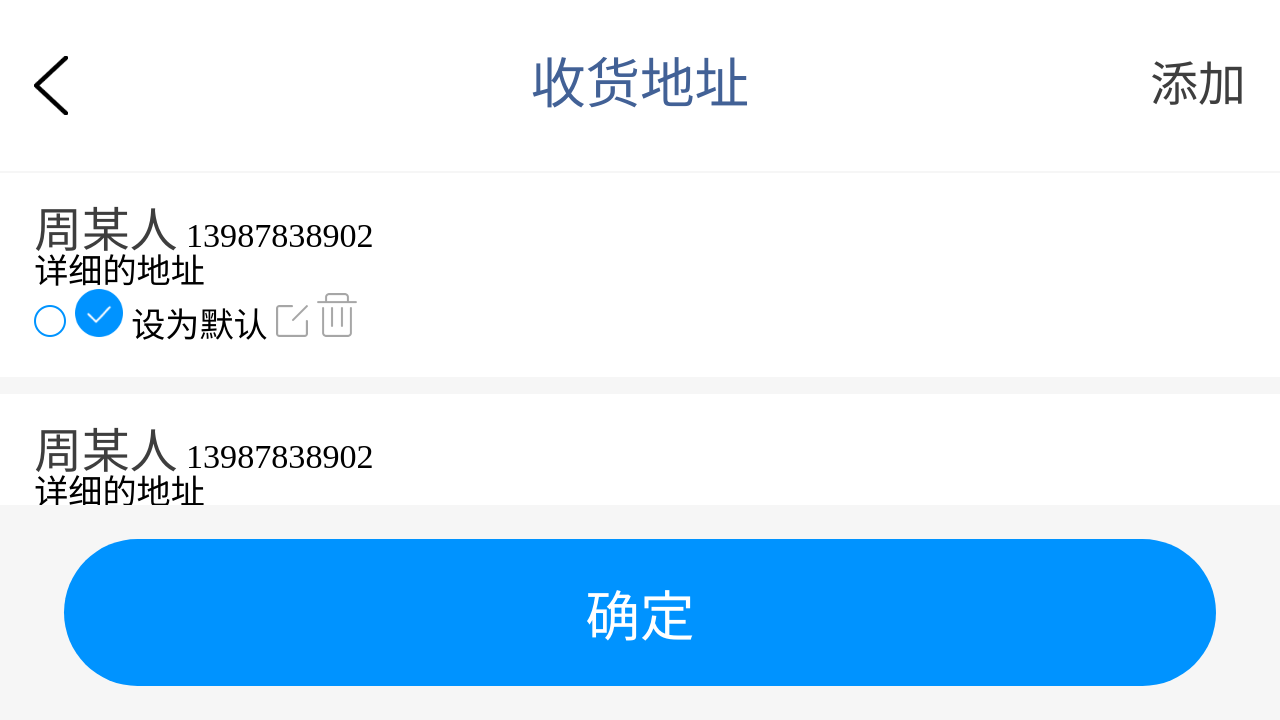
Repository: 421538074/sell
Page: consumer/address-list.html
The author's editor kept a copy of each file at every save. The page is drawn from the files as they stood at one save, then again after the next save.
The browser window is 1280 px wide. The pictures show the whole page.
An inner scrolling area shows only its first screen.

Above is the page before, as saved 2019-06-03 17:07:31.

### consumer/address-list.html
<!DOCTYPE html>
<html lang="en">

<head>
    <meta charset="UTF-8">
    <meta name="viewport" content="width=device-width, initial-scale=1.0">
    <meta http-equiv="X-UA-Compatible" content="ie=edge">
    <title>收货地址</title>
    <link rel="stylesheet" href="../css/base.css">
    <link rel="stylesheet" href="css/common.css">
    <link rel="stylesheet" href="css/address-list.css">
</head>

<body>
    <div id="app" class="content">
        <nav class="nav-bar-wrapper">
            <img @click="back" src="../img/back.png" class="back-icon">
            <p class="nav-bar-title">收货地址</p>
            <p @click="linkTo('manage-address.html?type=add')" class="management">添加</p>
        </nav>
        <ul class="address-wrapper">
            <li v-for="n in 7" class="address-item">
                <p class="user-info-wrapper">
                    <span class="username">周某人</span>
                    <span class="phone">13987838902</span>
                </p>
                <p class="detail-address">
                    详细的地址
                </p>
                <p class="set-default-wrapper">
                    <span class="set-operation">
                        <img src="../img/按钮1.png" class="set-default-icon">
                        <img src="../img/checked.png" class="set-default-icon">
                        <i class="set-default-title">设为默认</i>
                    </span>
                    <span class="operation-group">
                        <img src="../img/edit.png" class="edit-delete-icon">
                        <img src="../img/delete.png" class="edit-delete-icon">
                    </span>
                </p>
            </li>
        </ul>
        <div class="confirm-wrapper">
            <button class="confirm-add">
                确定
            </button>
        </div>
    </div>
    <script src="../js/api.js"></script>
    <script src="../js/jquery.min.js"></script>
    <script src="../js/vue.js"></script>
    <script src="js/vue-mixin.js"></script>
    <script src="js/address-list.js"></script>
</body>

</html>

### css/base.css
/* http://meyerweb.com/eric/tools/css/reset/
   v2.0 | 20110126
   License: none (public domain)
*/

html,
body,
div,
span,
applet,
object,
iframe,
h1,
h2,
h3,
h4,
h5,
h6,
p,
blockquote,
pre,
a,
abbr,
acronym,
address,
big,
cite,
code,
del,
dfn,
em,
img,
ins,
kbd,
q,
s,
samp,
small,
strike,
strong,
sub,
sup,
tt,
var,
b,
u,
i,
center,
dl,
dt,
dd,
ol,
ul,
li,
fieldset,
form,
label,
legend,
table,
caption,
tbody,
tfoot,
thead,
tr,
th,
td,
article,
aside,
canvas,
details,
embed,
figure,
figcaption,
footer,
header,
hgroup,
menu,
nav,
output,
ruby,
section,
summary,
time,
mark,
audio,
video {
    margin: 0;
    padding: 0;
    border: 0;
    font-size: 100%;
    font: inherit;
    vertical-align: baseline;
}

/* HTML5 display-role reset for older browsers */
article,
aside,
details,
figcaption,
figure,
footer,
header,
hgroup,
menu,
nav,
section {
    display: block;
}

body {
    line-height: 1;
}

ol,
ul {
    list-style: none;
}

blockquote,
q {
    quotes: none;
}

blockquote:before,
blockquote:after,
q:before,
q:after {
    content: '';
    content: none;
}

table {
    border-collapse: collapse;
    border-spacing: 0;
}


body,
html {
    font-size: calc(100vw / 37.5) !important;
    font-family: PingFangSC-Medium;
    background: #F2F2F2;
}


[v-cloak] {
    display: none;
}


hr {
    margin: 0;
    padding: 0;
}

.clearfix {
    zoom: 1;
}

.clearfix:after {
    content: ".";
    display: block;
    visibility: hidden;
    height: 0;
    clear: both;
}

[v-cloak] {
    display: none;
}

### consumer/css/common.css
*{
    box-sizing: border-box;
}
html,body{
    background: #f6f6f6;
}
html,body,div.content{
    height: 100%;
}
/*底部菜单栏*/
nav.tool-bar-wrapper {
    height: 5rem;
    background: #ffffff;
    display: flex;
    align-items: center;
    justify-content: space-around;
}
a.nav-item {
    color: #888888;
    text-decoration: none;
    font-size: 1.5rem;
    display: flex;
    flex-direction: column;
    align-items: center;
    justify-content: space-around;
    height: 90%;
}
a.nav-item.active{
    color: #0093FF;
}
img.nav-item-icon{
    width: 1.5rem;
    height: 1.5rem;
}
.ellipsis{
    overflow: hidden;
    white-space: nowrap;
    text-overflow: ellipsis;
}
/*顶部返回栏 */
nav.nav-bar-wrapper {
    background: #FFFFFF;
    height: 5rem;
    display: flex;
    align-items: center;
    justify-content: space-around;
    position: fixed;
    width: 100%;
    top: 0;
    z-index: 2;
    font-size: 1.6rem;
    color: #426196;
}
img.back-icon {
    position: absolute;
    width: 1rem;
    left: 1rem;
}

### consumer/css/address-list.css
div.content{
    padding-top: 5rem;
}
.confirm-wrapper {
    position: fixed;
    width: 100%;
    bottom: 0;
    background: #f6f6f6;
}
button.confirm-add {
    background: #0093FF;
    border: none;
    outline: 0;
    color: #FFFFFF;
    width: 90%;
    display: block;
    margin: 1rem auto;
    padding: 1rem;
    border-radius: 10rem;
    font-size: 1.6rem;
}
p.management {
    position: absolute;
    right: 1rem;
    color: #3E3E3E;
    font-size: 1.4rem;
}
ul.address-wrapper {
    background: #f6f6f6;
    border-top: 2px solid #f6f6f6;
    height: calc(100vh - 10rem);
    overflow: scroll;
}
li.address-item {
    background: #FFFFFF;
    margin-bottom: 0.5rem;
    padding: 1rem;
}
span.username {
    color: #3E3E3E;
    font-size: 1.4rem;
}

### js/api.js
function getUrlKey(name) {
    return decodeURIComponent((new RegExp('[?|&]' + name + '=' + '([^&;]+?)(&|#|;|$)').exec(location.href) || [, ""])[1].replace(/\+/g, '%20')) || null;
}


// window.warn = {
//     alert: function alert(msg) {
//         var template = `
// `
//         $('body').append(template);
//         $('.alert-body').animate({
//             top: "40px"
//         }, 200);
//         // setTimeout(function () {
//         //     warn.close();
//         // }, 1500);
//     },
//     close: function close() {
//         $('.alert-body').animate({
//             top: "-280px"
//         }, 200);
//         setTimeout(function () {
//             $('#alert-msg').remove();
//         }, 200);
//     }
// };

### consumer/js/vue-mixin.js
Vue.mixin({
    methods: {
        /**
         * 返回
         */
        back() {
            history.go(-1);
        },
        /**
         * 限制长度
         * @param {String} 要限制长度的字段
         * @param {Number} 长度
         */
        limitLength(key, length) {
            this[key] = this[key].substring(0, length);
        },
        /**
         * 验证11位手机号
         * @param {Number} phone
         */
        validatePhone(phone) {
            const phoneReg = /^[1-9][0-9]{9}[0-9]$/;
            return phoneReg.test(phone);
        },
        /**
         * 发送手机验证码
         * @param {Number} waitTimeKey 等待时间键名
         * @param {String} tipsKey 发送验证码显示的信息的键名
         * @param {String} phoneKey 手机号键名
         * @param {String} reSendMsg  按钮默认显示的文字
         */
        sendCode(waitTimeKey, tipsKey, phoneKey, defaultMsg) {
            if (!this.validatePhone(this[phoneKey])) {
                alert('无效手机号!');
                return;
            }
            if (this[waitTimeKey] == 60) {
                $.post('', {
                        phone: this[phoneKey]
                    }, (res) => {
                        if (res.status == 1) {
                            const interval = setInterval(() => {
                                if (this[waitTimeKey] == 1) {
                                    this[waitTimeKey] = 60;
                                    this[tipsKey] = defaultMsg;
                                    clearInterval(interval);
                                    return;
                                }
                                this[waitTimeKey] -= 1;
                                this[tipsKey] = `${this[waitTimeKey]}s`;
                            }, 1000);
                        } else {
                            alert('发送失败!');
                        }
                    }, 'json')
                    .fail(err => {
                        alert('服务器异常!');
                    });
            }
        },
        /**
         * 链接跳转
         * @param {String} url
         */
        linkTo(url) {
            window.location.href = url;
        },
        /**
         * 获得URL参数
         */
        getParams() {
            var list = location.search.substring(1).split('&');
            var param = {};
            list.forEach(function (value) {
                var temp = value.split('=');
                param[temp[0]] = temp[1];
            });
            return param;
        }
    },
    filters: {

    }
})

### consumer/js/address-list.js
new Vue({
    el:'#app',
    data() {
        return {

        }
    },
    methods: {

    },
});

Loaded but not shown: js/jquery.min.js (library); js/vue.js (library)

After the next save:
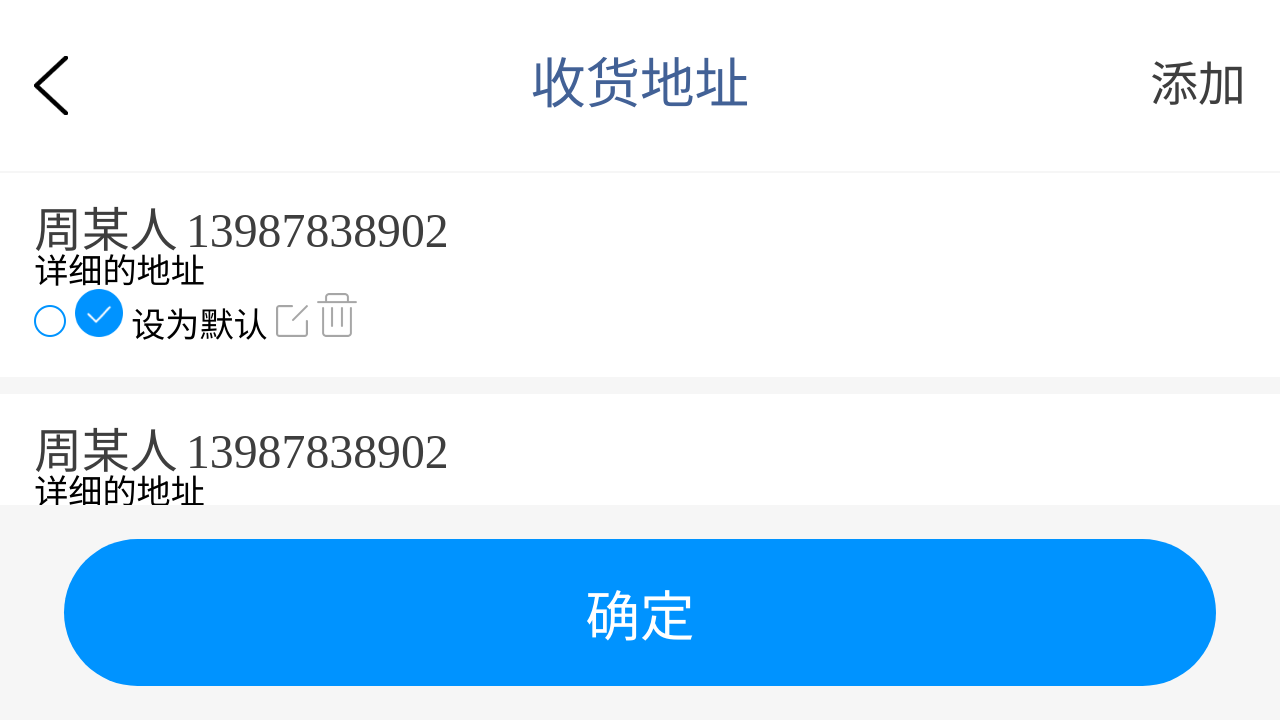
Saved 30 s later.
--- a/consumer/css/address-list.css
+++ b/consumer/css/address-list.css
@@ -36,7 +36,7 @@ li.address-item {
     margin-bottom: 0.5rem;
     padding: 1rem;
 }
-span.username {
+span.username,span.phone {
     color: #3E3E3E;
     font-size: 1.4rem;
 }
